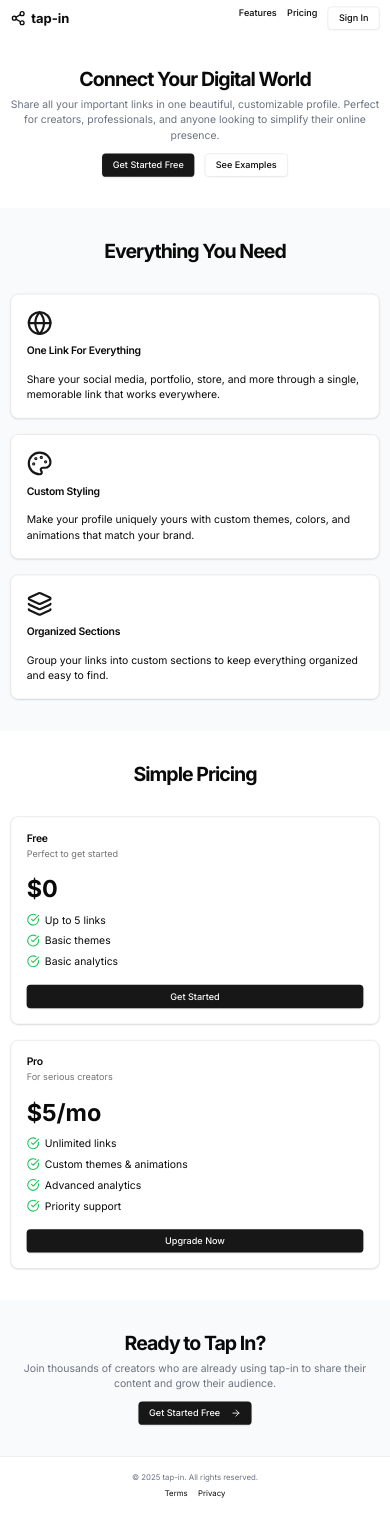
Repository: djdjdallas/tap-in
Page: /
An editor plug-in stored every save of this project. The page is shown before and after the next save, followed by the edit.
The browser window is 600 px wide. The pictures show the whole page, at 65% of full size.
The project was rebuilt for these pictures with package versions that can differ from the ones it lists, and the page was loaded fresh each time. The framework's server and built-in components were replaced by stand-ins that run in the browser. Also part of the build but not shown: next.config.mjs, src/utils/mobileDebug.js.

Above is the page before, as saved 2025-04-22 12:24:14.

### src/app/layout.js
// app/layout.js
import { Inter } from "next/font/google";
import "@/app/globals.css";
import { Toaster } from "sonner";
import { Providers } from "./providers";

// Optimize font loading
const inter = Inter({
  subsets: ["latin"],
  display: "swap", // Better performance
  fallback: ["system-ui", "sans-serif"], // Reliable fallbacks
});

export const metadata = {
  title: "tap-in.io | Connect Everywhere",
  description: "Your unified online presence in one place",
};

export default function RootLayout({ children }) {
  return (
    <html lang="en">
      <head>
        <meta
          name="viewport"
          content="width=device-width, initial-scale=1.0, maximum-scale=5.0, user-scalable=yes"
        />
      </head>
      <body className={inter.className}>
        <Providers>{children}</Providers>
        <Toaster />
      </body>
    </html>
  );
}

### src/app/page.js
"use client";

import Link from "next/link";
import { useState, useEffect } from "react";
import {
  ArrowRight,
  CheckCircle,
  Share2,
  Layers,
  Globe,
  Palette,
} from "lucide-react";
import { Button } from "@/components/ui/button";
import {
  Card,
  CardContent,
  CardDescription,
  CardHeader,
  CardTitle,
} from "@/components/ui/card";

export default function LandingPage() {
  const [isClient, setIsClient] = useState(false);

  useEffect(() => {
    setIsClient(true);
  }, []);

  if (!isClient) {
    return (
      <div className="min-h-screen flex items-center justify-center">
        <div className="animate-spin rounded-full h-8 w-8 border-b-2 border-gray-900" />
      </div>
    );
  }

  return (
    <div className="flex flex-col min-h-screen w-full">
      <header className="w-full px-4 lg:px-6 h-14 flex items-center mx-auto max-w-7xl">
        <Link className="flex items-center justify-center gap-2" href="#">
          <Share2 className="h-6 w-6" />
          <span className="font-bold text-xl">tap-in</span>
        </Link>
        <nav className="ml-auto flex gap-4 sm:gap-6">
          <Link
            className="text-sm font-medium hover:underline underline-offset-4"
            href="#features"
          >
            Features
          </Link>
          <Link
            className="text-sm font-medium hover:underline underline-offset-4"
            href="#pricing"
          >
            Pricing
          </Link>
          <Button variant="outline" asChild>
            <Link href="/login">Sign In</Link>
          </Button>
        </nav>
      </header>
      <main className="flex-1 w-full">
        <section className="w-full py-12 md:py-24 lg:py-32 xl:py-48">
          <div className="container mx-auto px-4 md:px-6 max-w-7xl">
            <div className="flex flex-col items-center space-y-4 text-center">
              <div className="space-y-2">
                <h1 className="text-3xl font-bold tracking-tighter sm:text-4xl md:text-5xl lg:text-6xl/none">
                  Connect Your Digital World
                </h1>
                <p className="mx-auto max-w-[700px] text-gray-500 md:text-xl dark:text-gray-400">
                  Share all your important links in one beautiful, customizable
                  profile. Perfect for creators, professionals, and anyone
                  looking to simplify their online presence.
                </p>
              </div>
              <div className="space-x-4">
                <Button asChild>
                  <Link href="/login">Get Started Free</Link>
                </Button>
                <Button variant="outline" asChild>
                  <Link href="#features">See Examples</Link>
                </Button>
              </div>
            </div>
          </div>
        </section>

        <section
          id="features"
          className="w-full py-12 md:py-24 lg:py-32 bg-gray-50 dark:bg-gray-800"
        >
          <div className="container mx-auto px-4 md:px-6 max-w-7xl">
            <h2 className="text-3xl font-bold tracking-tighter sm:text-5xl text-center mb-12">
              Everything You Need
            </h2>
            <div className="grid gap-6 lg:grid-cols-3 lg:gap-12">
              <Card>
                <CardHeader>
                  <Globe className="h-10 w-10 mb-2 text-primary" />
                  <CardTitle>One Link For Everything</CardTitle>
                </CardHeader>
                <CardContent>
                  Share your social media, portfolio, store, and more through a
                  single, memorable link that works everywhere.
                </CardContent>
              </Card>
              <Card>
                <CardHeader>
                  <Palette className="h-10 w-10 mb-2 text-primary" />
                  <CardTitle>Custom Styling</CardTitle>
                </CardHeader>
                <CardContent>
                  Make your profile uniquely yours with custom themes, colors,
                  and animations that match your brand.
                </CardContent>
              </Card>
              <Card>
                <CardHeader>
                  <Layers className="h-10 w-10 mb-2 text-primary" />
                  <CardTitle>Organized Sections</CardTitle>
                </CardHeader>
                <CardContent>
                  Group your links into custom sections to keep everything
                  organized and easy to find.
                </CardContent>
              </Card>
            </div>
          </div>
        </section>

        <section id="pricing" className="w-full py-12 md:py-24 lg:py-32">
          <div className="container mx-auto px-4 md:px-6 max-w-7xl">
            <h2 className="text-3xl font-bold tracking-tighter sm:text-5xl text-center mb-12">
              Simple Pricing
            </h2>
            <div className="grid gap-6 lg:grid-cols-2 lg:gap-12 max-w-4xl mx-auto">
              <Card>
                <CardHeader>
                  <CardTitle>Free</CardTitle>
                  <CardDescription>Perfect to get started</CardDescription>
                </CardHeader>
                <CardContent>
                  <div className="text-4xl font-bold mb-4">$0</div>
                  <ul className="space-y-2">
                    <li className="flex items-center">
                      <CheckCircle className="h-5 w-5 mr-2 text-green-500" />
                      Up to 5 links
                    </li>
                    <li className="flex items-center">
                      <CheckCircle className="h-5 w-5 mr-2 text-green-500" />
                      Basic themes
                    </li>
                    <li className="flex items-center">
                      <CheckCircle className="h-5 w-5 mr-2 text-green-500" />
                      Basic analytics
                    </li>
                  </ul>
                  <Button className="w-full mt-6" asChild>
                    <Link href="/login">Get Started</Link>
                  </Button>
                </CardContent>
              </Card>
              <Card>
                <CardHeader>
                  <CardTitle>Pro</CardTitle>
                  <CardDescription>For serious creators</CardDescription>
                </CardHeader>
                <CardContent>
                  <div className="text-4xl font-bold mb-4">$5/mo</div>
                  <ul className="space-y-2">
                    <li className="flex items-center">
                      <CheckCircle className="h-5 w-5 mr-2 text-green-500" />
                      Unlimited links
                    </li>
                    <li className="flex items-center">
                      <CheckCircle className="h-5 w-5 mr-2 text-green-500" />
                      Custom themes & animations
                    </li>
                    <li className="flex items-center">
                      <CheckCircle className="h-5 w-5 mr-2 text-green-500" />
                      Advanced analytics
                    </li>
                    <li className="flex items-center">
                      <CheckCircle className="h-5 w-5 mr-2 text-green-500" />
                      Priority support
                    </li>
                  </ul>
                  <Button className="w-full mt-6" asChild>
                    <Link href="/login">Upgrade Now</Link>
                  </Button>
                </CardContent>
              </Card>
            </div>
          </div>
        </section>

        <section className="w-full py-12 md:py-24 lg:py-32 bg-gray-50 dark:bg-gray-800">
          <div className="container mx-auto px-4 md:px-6 max-w-7xl">
            <div className="flex flex-col items-center space-y-4 text-center">
              <div className="space-y-2">
                <h2 className="text-3xl font-bold tracking-tighter sm:text-5xl">
                  Ready to Tap In?
                </h2>
                <p className="mx-auto max-w-[700px] text-gray-500 md:text-xl dark:text-gray-400">
                  Join thousands of creators who are already using tap-in to
                  share their content and grow their audience.
                </p>
              </div>
              <div className="space-x-4">
                <Button asChild>
                  <Link href="/login">
                    Get Started Free <ArrowRight className="ml-2 h-4 w-4" />
                  </Link>
                </Button>
              </div>
            </div>
          </div>
        </section>
      </main>

      <footer className="w-full border-t">
        <div className="container mx-auto px-4 md:px-6 max-w-7xl">
          <div className="flex flex-col gap-2 sm:flex-row py-6 w-full items-center">
            <p className="text-xs text-gray-500 dark:text-gray-400">
              © {new Date().getFullYear()} tap-in. All rights reserved.
            </p>
            <nav className="sm:ml-auto flex gap-4 sm:gap-6">
              <Link
                className="text-xs hover:underline underline-offset-4"
                href="#"
              >
                Terms
              </Link>
              <Link
                className="text-xs hover:underline underline-offset-4"
                href="#"
              >
                Privacy
              </Link>
            </nav>
          </div>
        </div>
      </footer>
    </div>
  );
}

### src/app/globals.css
@tailwind base;
@tailwind components;
@tailwind utilities;

body {
  font-family: Arial, Helvetica, sans-serif;
}

@layer base {
  :root {
    --background: 0 0% 100%;
    --foreground: 0 0% 3.9%;
    --card: 0 0% 100%;
    --card-foreground: 0 0% 3.9%;
    --popover: 0 0% 100%;
    --popover-foreground: 0 0% 3.9%;
    --primary: 0 0% 9%;
    --primary-foreground: 0 0% 98%;
    --secondary: 0 0% 96.1%;
    --secondary-foreground: 0 0% 9%;
    --muted: 0 0% 96.1%;
    --muted-foreground: 0 0% 45.1%;
    --accent: 0 0% 96.1%;
    --accent-foreground: 0 0% 9%;
    --destructive: 0 84.2% 60.2%;
    --destructive-foreground: 0 0% 98%;
    --border: 0 0% 89.8%;
    --input: 0 0% 89.8%;
    --ring: 0 0% 3.9%;
    --chart-1: 12 76% 61%;
    --chart-2: 173 58% 39%;
    --chart-3: 197 37% 24%;
    --chart-4: 43 74% 66%;
    --chart-5: 27 87% 67%;
    --radius: 0.5rem;
  }
  .dark {
    --background: 0 0% 3.9%;
    --foreground: 0 0% 98%;
    --card: 0 0% 3.9%;
    --card-foreground: 0 0% 98%;
    --popover: 0 0% 3.9%;
    --popover-foreground: 0 0% 98%;
    --primary: 0 0% 98%;
    --primary-foreground: 0 0% 9%;
    --secondary: 0 0% 14.9%;
    --secondary-foreground: 0 0% 98%;
    --muted: 0 0% 14.9%;
    --muted-foreground: 0 0% 63.9%;
    --accent: 0 0% 14.9%;
    --accent-foreground: 0 0% 98%;
    --destructive: 0 62.8% 30.6%;
    --destructive-foreground: 0 0% 98%;
    --border: 0 0% 14.9%;
    --input: 0 0% 14.9%;
    --ring: 0 0% 83.1%;
    --chart-1: 220 70% 50%;
    --chart-2: 160 60% 45%;
    --chart-3: 30 80% 55%;
    --chart-4: 280 65% 60%;
    --chart-5: 340 75% 55%;
  }
}

@layer base {
  * {
    @apply border-border;
  }
  body {
    @apply bg-background text-foreground;
  }
}

/* Fix for flex containers that might be causing overflow */
.flex,
.flex-row,
div[class*="flex-"],
div[class*="grid-"] {
  flex-wrap: wrap;
}

/* Ensure the body and html take full width */
html,
body {
  width: 100%;
  max-width: 100vw;
  overflow-x: hidden;
}

/* Fix for potential absolute/fixed position elements */
.fixed,
.absolute {
  max-width: 100vw;
}

/* Force all images to respect container boundaries */
img {
  max-width: 100%;
  height: auto;
}

### src/app/providers.jsx
"use client";

import { useEffect } from "react";
import { initMobileDebugger } from "@/utils/mobileDebug";

export function Providers({ children }) {
  useEffect(() => {
    // Initialize mobile debugging in development or for testing
    if (
      process.env.NODE_ENV === "development" ||
      window.location.search.includes("debug=true")
    ) {
      initMobileDebugger();
    }
  }, []);

  return <>{children}</>;
}

### src/components/ui/button.jsx
import * as React from "react"
import { Slot } from "@radix-ui/react-slot"
import { cva } from "class-variance-authority";

import { cn } from "@/lib/utils"

const buttonVariants = cva(
  "inline-flex items-center justify-center gap-2 whitespace-nowrap rounded-md text-sm font-medium transition-colors focus-visible:outline-none focus-visible:ring-1 focus-visible:ring-ring disabled:pointer-events-none disabled:opacity-50 [&_svg]:pointer-events-none [&_svg]:size-4 [&_svg]:shrink-0",
  {
    variants: {
      variant: {
        default:
          "bg-primary text-primary-foreground shadow hover:bg-primary/90",
        destructive:
          "bg-destructive text-destructive-foreground shadow-sm hover:bg-destructive/90",
        outline:
          "border border-input bg-background shadow-sm hover:bg-accent hover:text-accent-foreground",
        secondary:
          "bg-secondary text-secondary-foreground shadow-sm hover:bg-secondary/80",
        ghost: "hover:bg-accent hover:text-accent-foreground",
        link: "text-primary underline-offset-4 hover:underline",
      },
      size: {
        default: "h-9 px-4 py-2",
        sm: "h-8 rounded-md px-3 text-xs",
        lg: "h-10 rounded-md px-8",
        icon: "h-9 w-9",
      },
    },
    defaultVariants: {
      variant: "default",
      size: "default",
    },
  }
)

const Button = React.forwardRef(({ className, variant, size, asChild = false, ...props }, ref) => {
  const Comp = asChild ? Slot : "button"
  return (
    (<Comp
      className={cn(buttonVariants({ variant, size, className }))}
      ref={ref}
      {...props} />)
  );
})
Button.displayName = "Button"

export { Button, buttonVariants }

### src/components/ui/card.jsx
import * as React from "react"

import { cn } from "@/lib/utils"

const Card = React.forwardRef(({ className, ...props }, ref) => (
  <div
    ref={ref}
    className={cn("rounded-xl border bg-card text-card-foreground shadow", className)}
    {...props} />
))
Card.displayName = "Card"

const CardHeader = React.forwardRef(({ className, ...props }, ref) => (
  <div
    ref={ref}
    className={cn("flex flex-col space-y-1.5 p-6", className)}
    {...props} />
))
CardHeader.displayName = "CardHeader"

const CardTitle = React.forwardRef(({ className, ...props }, ref) => (
  <div
    ref={ref}
    className={cn("font-semibold leading-none tracking-tight", className)}
    {...props} />
))
CardTitle.displayName = "CardTitle"

const CardDescription = React.forwardRef(({ className, ...props }, ref) => (
  <div
    ref={ref}
    className={cn("text-sm text-muted-foreground", className)}
    {...props} />
))
CardDescription.displayName = "CardDescription"

const CardContent = React.forwardRef(({ className, ...props }, ref) => (
  <div ref={ref} className={cn("p-6 pt-0", className)} {...props} />
))
CardContent.displayName = "CardContent"

const CardFooter = React.forwardRef(({ className, ...props }, ref) => (
  <div
    ref={ref}
    className={cn("flex items-center p-6 pt-0", className)}
    {...props} />
))
CardFooter.displayName = "CardFooter"

export { Card, CardHeader, CardFooter, CardTitle, CardDescription, CardContent }

Loaded but not shown: src/lib/utils.js (common file); tailwind.config.mjs (common file)

After the next save:
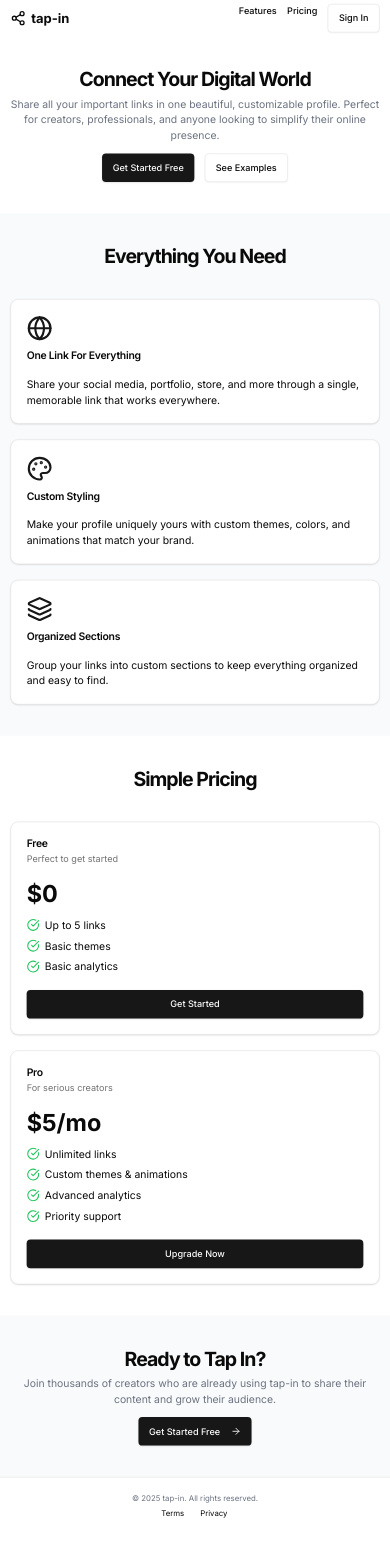
Saved 103 min 15 s later.
--- a/src/app/globals.css
+++ b/src/app/globals.css
@@ -98,3 +98,27 @@ img {
   max-width: 100%;
   height: auto;
 }
+
+/* Add to the end of globals.css */
+
+/* Mobile-specific fixes */
+@media (max-width: 640px) {
+  /* Fix potential width issues on mobile */
+  body, html {
+    width: 100%;
+    max-width: 100vw;
+    overflow-x: hidden;
+  }
+
+  /* Ensure all images scale properly on mobile */
+  img {
+    max-width: 100%;
+    height: auto;
+  }
+
+  /* Better tap targets for mobile */
+  button, a {
+    min-height: 44px;
+    min-width: 44px;
+  }
+}
